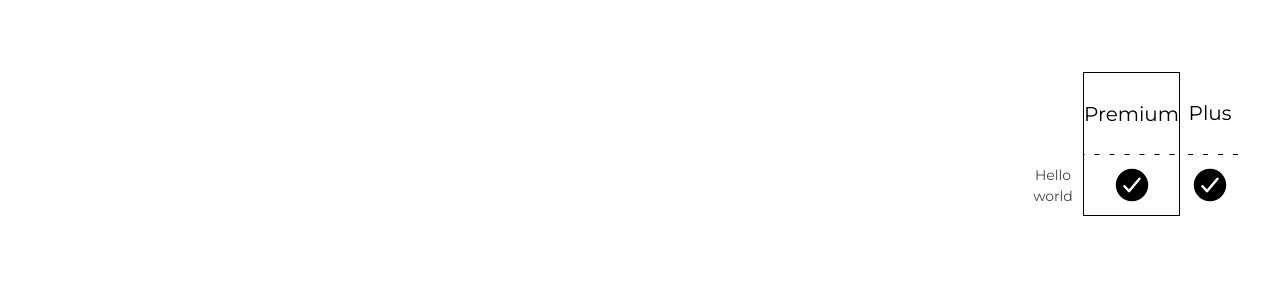
Repository: darlino/gotyu_shopify_section
Page: gotyu_table210223/index.html
The author's editor kept a copy of each file at every save. The page is drawn from the files as they stood at one save, then again after the next save.
The browser window is 1280 px wide. The pictures show the whole page.

Above is the page before, as saved 2023-02-21 14:51:17.

### gotyu_table210223/index.html
<!DOCTYPE html>
<html lang="en">
  <head>
    <meta charset="UTF-8" />
    <meta http-equiv="X-UA-Compatible" content="IE=edge" />
    <meta name="viewport" content="width=device-width, initial-scale=1.0" />
    <title>Document</title>
    <link rel="stylesheet" href="style.css" />
    <link rel="preconnect" href="https://fonts.googleapis.com" />
    <link rel="preconnect" href="https://fonts.gstatic.com" crossorigin />
    <link
      href="https://fonts.googleapis.com/css2?family=Montserrat&display=swap"
      rel="stylesheet"
    />
  </head>
  <body>
    <section id="table210223">
      <div class="container">
        <table>
          <colgroup></colgroup>
          <colgroup></colgroup>
          <colgroup></colgroup>

          <thead>
            <tr>
              <th>&nbsp;</th>
              <th>
                <h2>Premium</h2>
              </th>
              <th>
                <h2>Plus</h2>
              </th>
            </tr>
          </thead>

          <tbody>
            <tr>
              <td>
                <div class="icon-wrapper">Hello world</div>
              </td>
              <td>
                <div class="icon-wrapper">
                  <svg
                    xmlns="http://www.w3.org/2000/svg"
                    class="ionicon"
                    viewBox="0 0 512 512"
                  >
                    <title>Checkmark Circle</title>
                    <path
                      d="M256 48C141.31 48 48 141.31 48 256s93.31 208 208 208 208-93.31 208-208S370.69 48 256 48zm108.25 138.29l-134.4 160a16 16 0 01-12 5.71h-.27a16 16 0 01-11.89-5.3l-57.6-64a16 16 0 1123.78-21.4l45.29 50.32 122.59-145.91a16 16 0 0124.5 20.58z"
                    />
                  </svg>
                </div>
              </td>
              <td>
                <div class="icon-wrapper">
                  <svg
                    xmlns="http://www.w3.org/2000/svg"
                    class="ionicon"
                    viewBox="0 0 512 512"
                  >
                    <title>Checkmark Circle</title>
                    <path
                      d="M256 48C141.31 48 48 141.31 48 256s93.31 208 208 208 208-93.31 208-208S370.69 48 256 48zm108.25 138.29l-134.4 160a16 16 0 01-12 5.71h-.27a16 16 0 01-11.89-5.3l-57.6-64a16 16 0 1123.78-21.4l45.29 50.32 122.59-145.91a16 16 0 0124.5 20.58z"
                    />
                  </svg>
                </div>
              </td>
            </tr>
          </tbody>
        </table>
      </div>
    </section>
  </body>
</html>

### gotyu_table210223/style.css
body {
  background: #fff;
  font-family: "Montserrat", sans-serif;
  color: #000;
  text-align: center;
  padding: 4em 2em;
}
#table210223 {
  width: 100%;
  height: auto;
}

#table210223 .container {
  max-width: 1300px;
  display: flex;
  float: right;
  width: 50%8;
}
table {
  width: 100%;
  text-align: left;
  border-spacing: 0;
  border-collapse: collapse;
  -webkit-box-sizing: border-box;
  -moz-box-sizing: border-box;
  box-sizing: border-box;
  border: none;
}

th,
td {
  font-family: inherit;
  font-size: 0.875em;
  line-height: 1.45;
  color: #444;
  vertical-align: middle;
}
th {
  font-weight: 600;
}

colgroup:nth-child(1) {
  width: 40%;
  border: 0 none;
}
colgroup:nth-child(3) {
  width: 30%;
}
colgroup:nth-child(2) {
  width: 30%;
  border: 1px solid #000;
  border-radius: 50%;
}

/* Tablehead */

thead th {
  text-align: center;
  position: relative;
  background-image: linear-gradient(
    to right,
    black 33%,
    rgba(255, 255, 255, 0) 0%
  );
  background-position: bottom;
  background-size: 15px 1.2px;
  background-repeat: repeat-x;
  padding: 10px 0px 10px;
  color: #999;
}
thead th:nth-child(1) {
  background: transparent;
}
thead th h2 {
  font-weight: 300;
  font-size: 20px;
  color: #000;
}
thead th h2 + p {
  font-size: 1.25em;
  line-height: 1.4;
}

/* Tablebody */

tbody th {
  background: #fff;
}
tbody th span {
  background: #fff;
  text-align: center;
  font-weight: bold;
  background-image: linear-gradient(
    to right,
    black 33%,
    rgba(255, 255, 255, 0) 0%
  );
  background-position: bottom;
  background-size: 15px 1.2px;
  background-repeat: repeat-x;
  margin: auto;
}
tbody th span:first-child {
  background-image: linear-gradient(
    to right,
    black 33%,
    rgba(255, 255, 255, 0) 0%
  );
  background-position: top;
  background-size: 15px 1.2px;
  background-repeat: repeat-x;
}

tbody td {
  background: #fff;
  text-align: center;
  background-image: linear-gradient(
    to right,
    black 33%,
    rgba(255, 255, 255, 0) 0%
  );
  background-position: bottom;
  background-size: 15px 1.2px;
  background-repeat: repeat-x;
}
tbody td p {
  background: #fff;
  text-align: left;
  background-image: linear-gradient(
    to right,
    black 33%,
    rgba(255, 255, 255, 0) 0%
  );
  background-position: bottom;
  background-size: 15px 1.2px;
  background-repeat: repeat-x;
}
tbody td .icon-wrapper {
  background: #fff;
  text-align: center;
  width: 40px;
  height: 40px;
  margin: auto;
  padding: 9px;
}

tbody tr:last-child td {
  border-bottom: 0 none;
  background-image: linear-gradient(to right, transparent 33%, transparent 0%);
  background-position: bottom;
  background-size: 15px 1.2px;
  background-repeat: repeat-x;
}

/* Tablefooter */

After the next save:
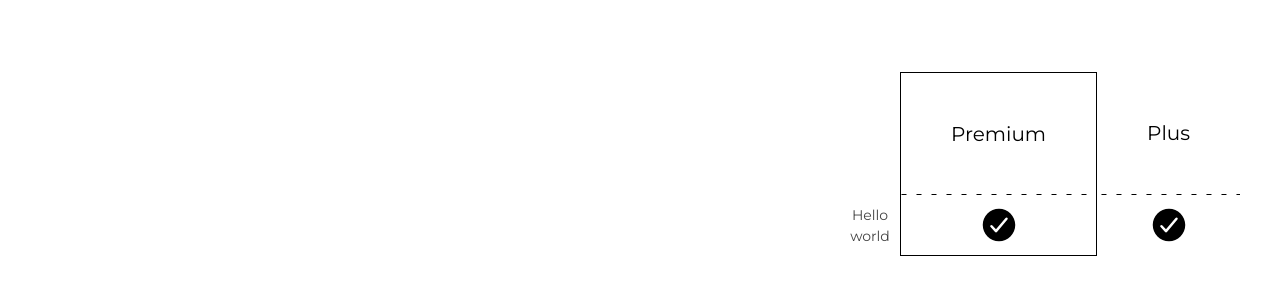
Saved 27 s later.
--- a/gotyu_table210223/style.css
+++ b/gotyu_table210223/style.css
@@ -75,6 +75,7 @@ thead th h2 {
   font-weight: 300;
   font-size: 20px;
   color: #000;
+  padding: 20px 50px 20px 50px;
 }
 thead th h2 + p {
   font-size: 1.25em;
